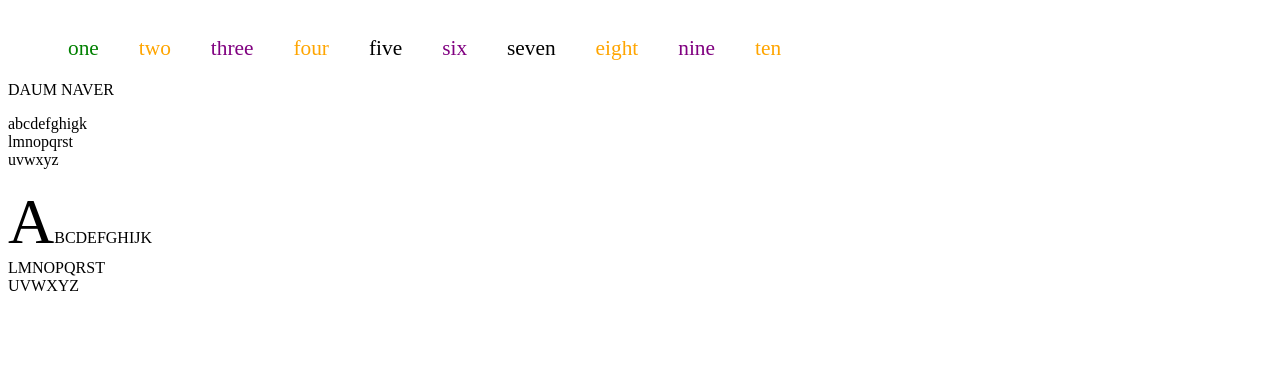
Repository: Jooheehan-kopo/web-workspace
Page: Lecture-web/WebContent/css/exam13.html
The author's editor kept a copy of each file at every save. The page is drawn from the files as they stood at one save, then again after the next save.
The browser window is 1280 px wide. The pictures show the whole page.

Above is the page before, as saved 2021-06-11 02:41:22.

After the next save:
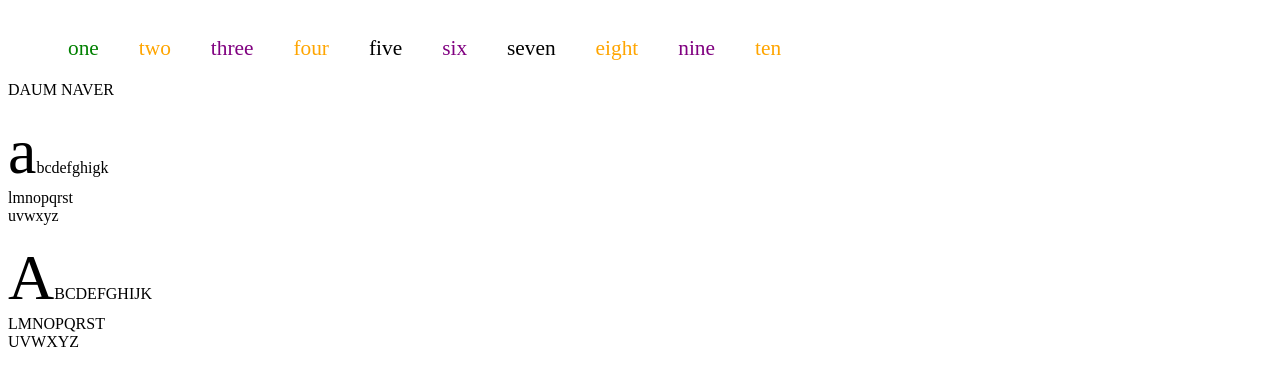
Saved 17 s later.
--- a/Lecture-web/WebContent/css/exam13.html
+++ b/Lecture-web/WebContent/css/exam13.html
@@ -76,7 +76,7 @@
 		<a href="http://www.daum.net"> DAUM</a> <a href="http://www.naver.com">
 			NAVER</a>
 	</p>
-	<p>
+	<p class="text">
 	abcdefghigk<br>
 	lmnopqrst<br>
 	uvwxyz<br>
